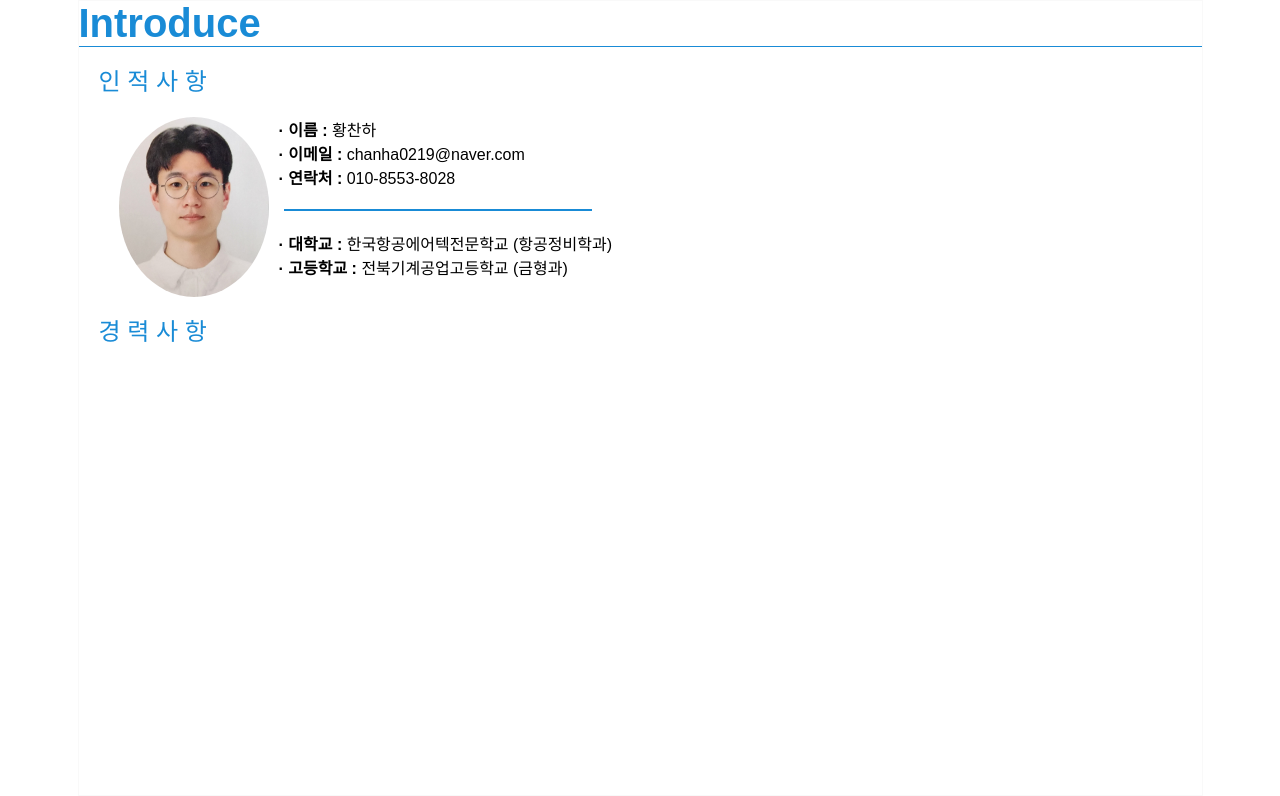
Repository: DooBae-KR/MySelf
Page: /
These files come from the project's save history. The page is drawn as it stood at one moment and after the next save; the edit follows.
The browser window is 1280 px wide. The pictures show the whole page.
The project was rebuilt for these pictures with package versions that can differ from the ones it lists, and the page was loaded fresh each time. Also part of the build but not shown: src/pages/MainPage.js, src/pages/header/HeaderLogo.js, src/pages/header/TabMenu.js, src/pages/HeaderPage.js.

Above is the page before, as saved 2025-07-23 21:29:04.

After the next save:
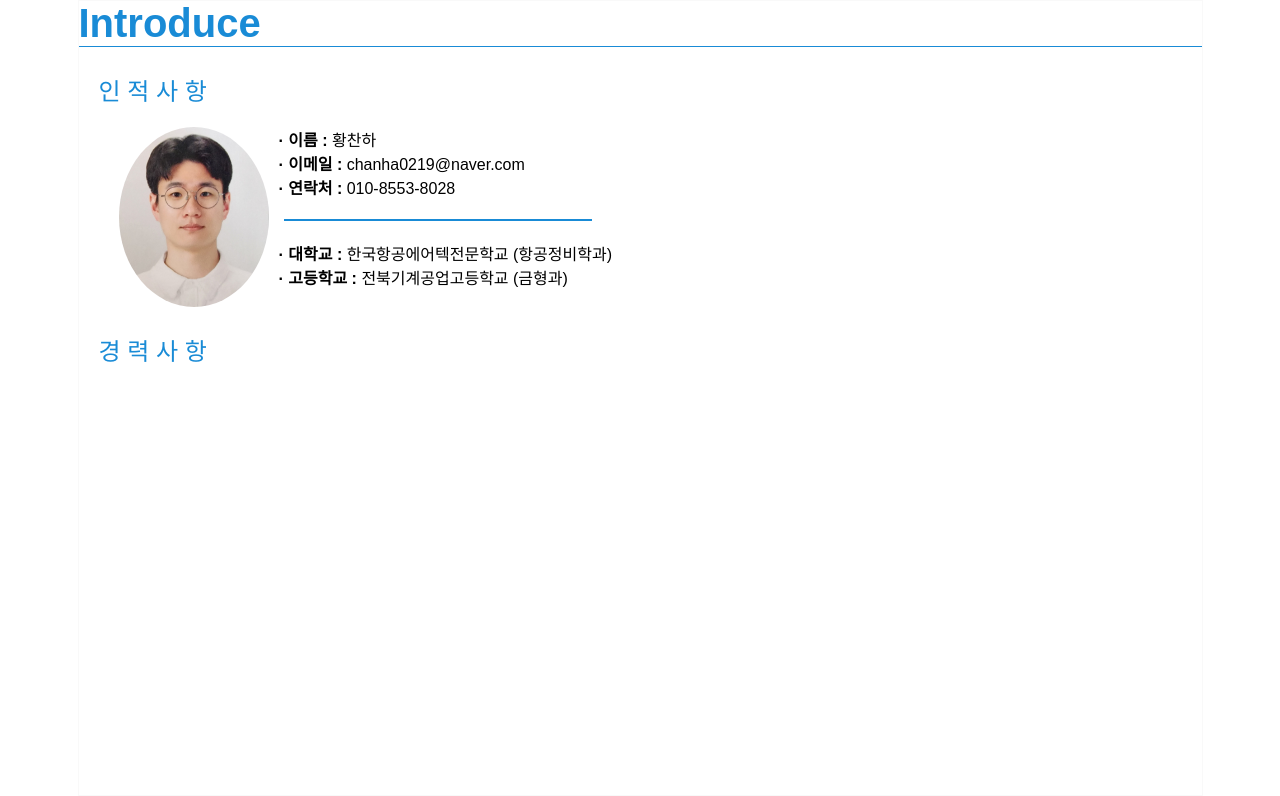
Saved 4 s later.
--- a/src/styles/header.css
+++ b/src/styles/header.css
@@ -64,7 +64,7 @@
     }
     .contentTitle{
         margin: 20px;
-        margin-top: 15px;
+        margin-top: 25px;
         font-size: 24px;
         color:rgb(25, 139, 214);
     }
